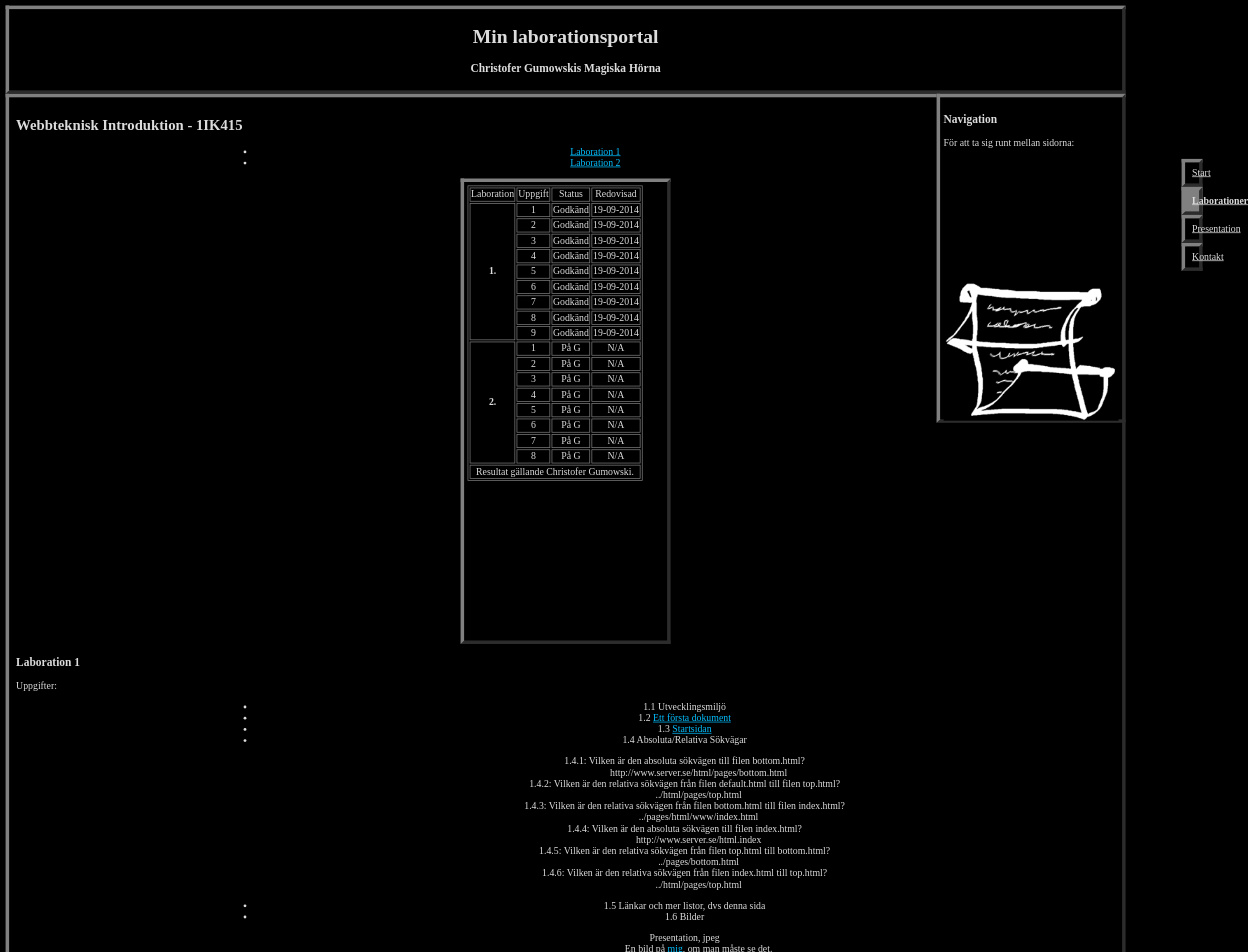
Repository: cg222im/1IK415_cg222im
Page: pages/laborationer.html
The author's editor kept a record of every edit. The page is drawn from the files as they stood at one moment, then again after the next edit.
The browser window is 1280 px wide. The page is 1783 px wide, then 1608 px, so the pictures cover 1783 px, including what lies to the right of the window. The pictures show the part of the page from y = 0 to 1360 px (the page is 1870 px tall), at 70% of full size.

Above is the page before.

After the next edit:
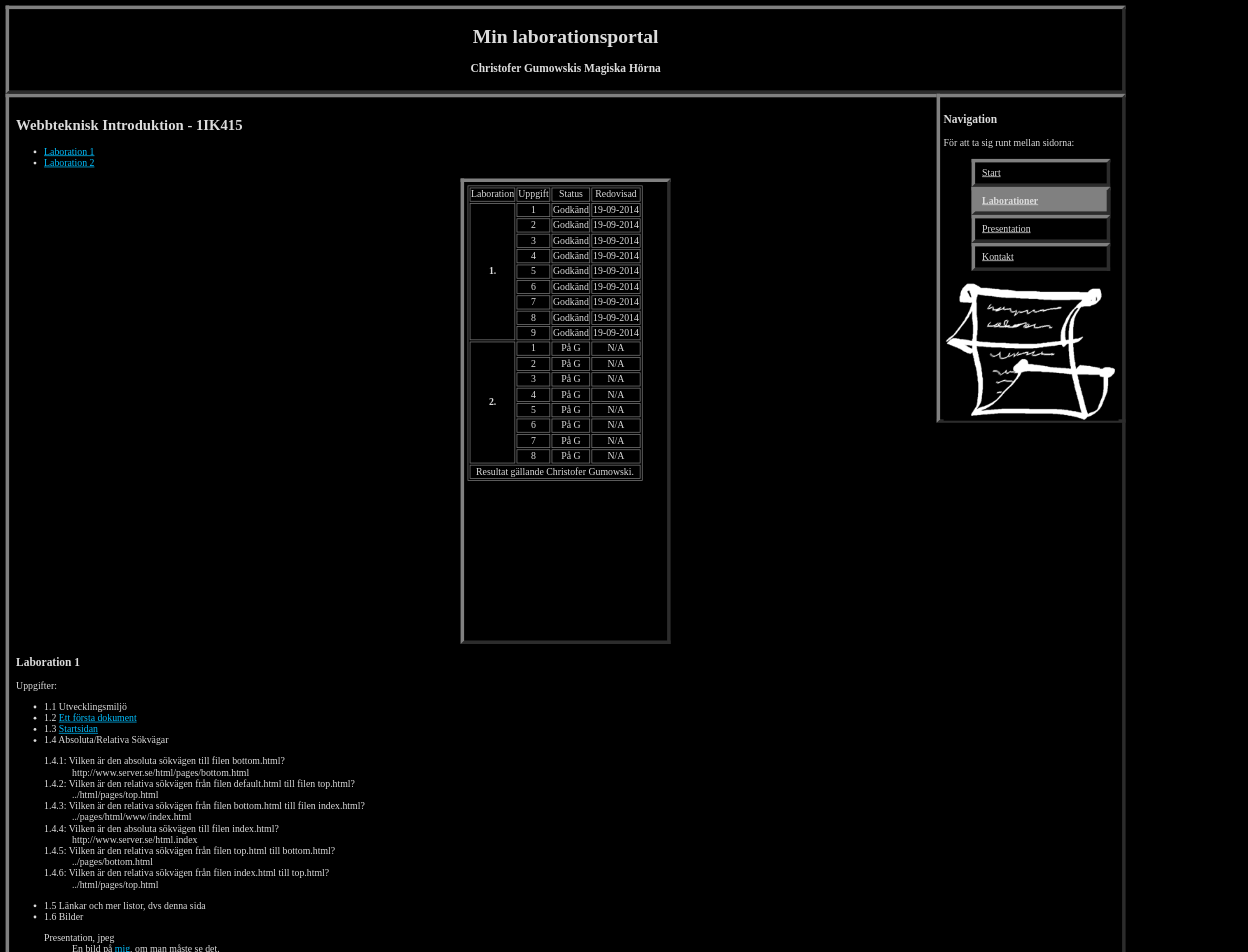
The edit:
--- a/css/style.css
+++ b/css/style.css
@@ -55,11 +55,6 @@
     text-align: center;
     padding: 5px;
     height: 120pX;
-}
-ol, li {
-    color: #DCDCDC;
-    text-align: center;
-    margin-left: 300px;
 }
 #bloglist {
     border-style: inset;
